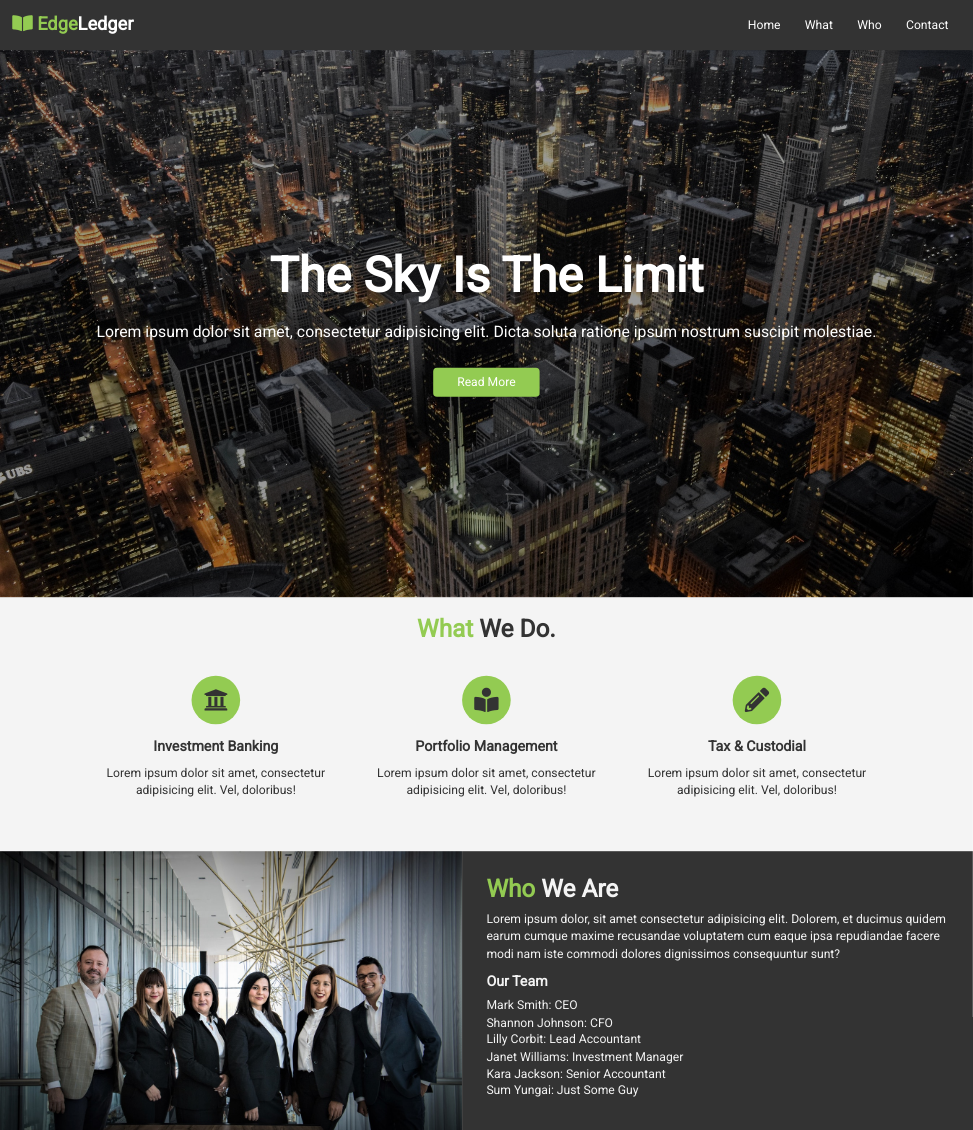
Repository: dimlutine/EdgeLedger
Page: index.html
These files come from the project's save history. The page is drawn as it stood at one moment and after the next save; the edit follows.
The browser window is 1280 px wide. The pictures show the whole page, at 76% of full size.
Some web libraries are served in a nearby version.

Above is the page before, as saved 2019-07-06 20:38:30.

After the next save:
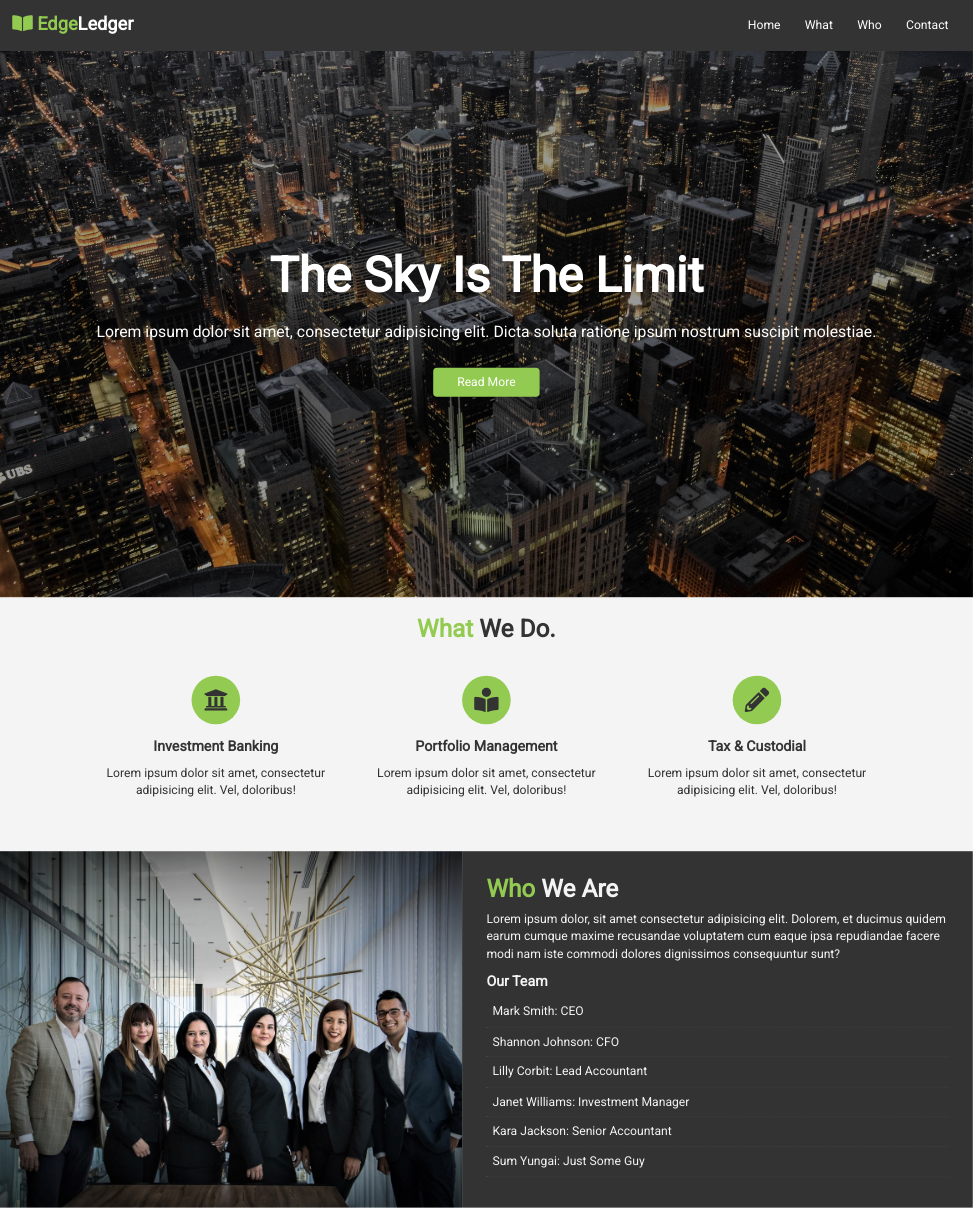
Saved 29 s later.
--- a/css/style.css
+++ b/css/style.css
@@ -89,6 +89,11 @@
 .list {
     margin: .5rem 0;
     list-style: none;
+}
+
+.list li {
+    padding: .5rem;
+    border-bottom: #444 dotted 1px;
 }
 
 .btn {
